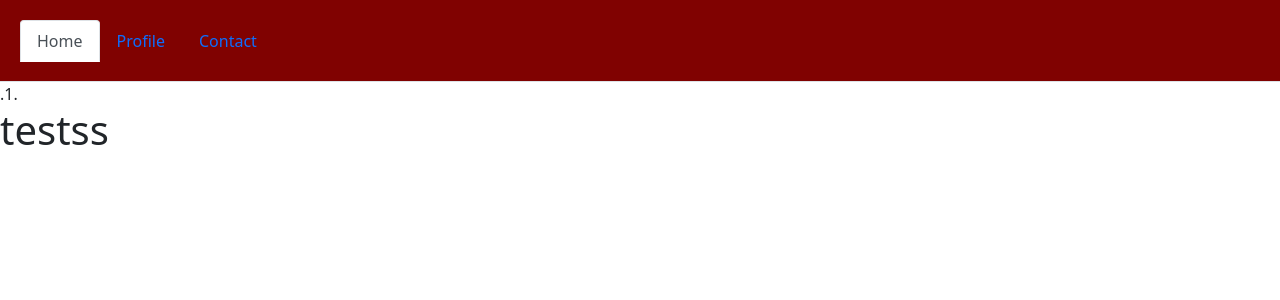
Repository: WaiMaungMaung/Mgr-site
Page: http://localhost/
An editor plug-in stored every save of this project. The page is shown before and after the next save, followed by the edit.
The browser window is 1280 px wide. The pictures show the whole page.
The page is served by the project's Laravel application, run on PHP 8.4 with Laravel 9. Other server files are loaded and not shown.

Above is the page before, as saved 2022-04-06 09:22:16.

### resources/views/welcome.blade.php
@extends('layouts.app')
<div id="container">
    <ul class="nav nav-tabs home" id="myTab" role="tablist">
        <li class="nav-item" role="presentation">
            <button class="nav-link active" id="home-tab" data-bs-toggle="tab" data-bs-target="#home" type="button"
                role="tab" aria-controls="home" aria-selected="true">Home</button>
        </li>
        <li class="nav-item" role="presentation">
            <button class="nav-link" id="profile-tab" data-bs-toggle="tab" data-bs-target="#profile" type="button"
                role="tab" aria-controls="profile" aria-selected="false">Profile</button>
        </li>
        <li class="nav-item" role="presentation">
            <button class="nav-link" id="contact-tab" data-bs-toggle="tab" data-bs-target="#contact" type="button"
                role="tab" aria-controls="contact" aria-selected="false">Contact</button>
        </li>
    </ul>
    <div class="tab-content" id="myTabContent">
        <div class="tab-pane fade show active" id="home" role="tabpanel" aria-labelledby="home-tab">.1.</div>
        <div class="tab-pane fade" id="profile" role="tabpanel" aria-labelledby="profile-tab">.2.</div>
        <div class="tab-pane fade" id="contact" role="tabpanel" aria-labelledby="contact-tab">.3.</div>
    </div>

</div>

### resources/views/layouts/app.blade.php
<!doctype html>
<html lang="en">

<head>
    <!-- Required meta tags -->
    <meta charset="utf-8">
    <meta name="viewport" content="width=device-width, initial-scale=1">

    <!-- Bootstrap CSS -->


    <link href="https://cdn.jsdelivr.net/npm/bootstrap@5.1.3/dist/css/bootstrap.min.css" rel="stylesheet"
        integrity="sha384-1BmE4kWBq78iYhFldvKuhfTAU6auU8tT94WrHftjDbrCEXSU1oBoqyl2QvZ6jIW3" crossorigin="anonymous">

    <title>Hello, world!</title>
    <style type="text/css">
        .home {
            background: #800201;
            padding: 20px;
            color: white;
        }

    </style>
</head>

<body>
    <h1>testss</h1>
    <!-- Optional JavaScript; choose one of the two! -->

    <!-- Option 1: Bootstrap Bundle with Popper -->
    <script src="https://cdn.jsdelivr.net/npm/bootstrap@5.1.3/dist/js/bootstrap.bundle.min.js"
        integrity="sha384-ka7Sk0Gln4gmtz2MlQnikT1wXgYsOg+OMhuP+IlRH9sENBO0LRn5q+8nbTov4+1p" crossorigin="anonymous">
    </script>

    <!-- Option 2: Separate Popper and Bootstrap JS -->
    <!--
    <script src="https://cdn.jsdelivr.net/npm/@popperjs/core@2.10.2/dist/umd/popper.min.js"
        integrity="sha384-7+zCNj/IqJ95wo16oMtfsKbZ9ccEh31eOz1HGyDuCQ6wgnyJNSYdrPa03rtR1zdB" crossorigin="anonymous">
    </script>
    <script src="https://cdn.jsdelivr.net/npm/bootstrap@5.1.3/dist/js/bootstrap.min.js"
        integrity="sha384-QJHtvGhmr9XOIpI6YVutG+2QOK9T+ZnN4kzFN1RtK3zEFEIsxhlmWl5/YESvpZ13" crossorigin="anonymous">
    </script>
    -->
    @yield('content')
</body>

</html>

Loaded but not shown: routes/web.php (common file)

After the next save:
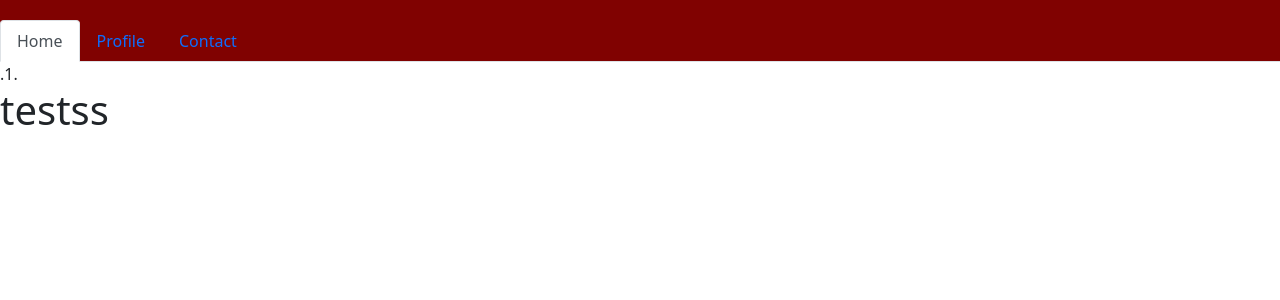
Saved 17 s later.
--- a/resources/views/layouts/app.blade.php
+++ b/resources/views/layouts/app.blade.php
@@ -16,7 +16,7 @@
     <style type="text/css">
         .home {
             background: #800201;
-            padding: 20px;
+            padding-top: 20px;
             color: white;
         }
 
